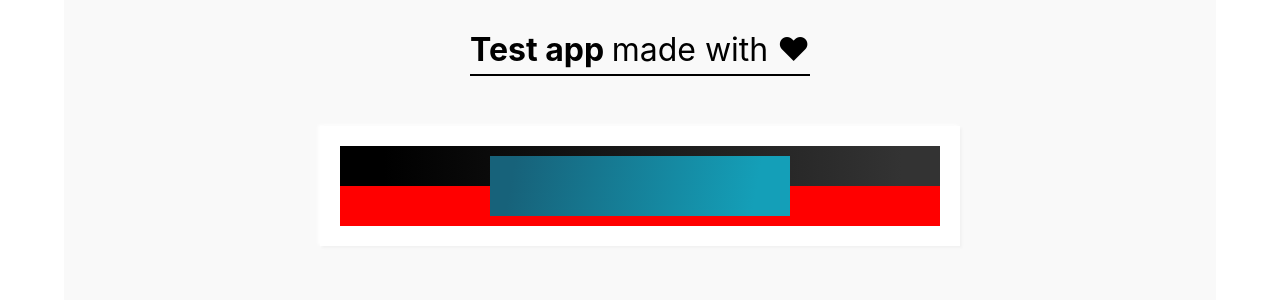
Repository: Khattak01/test-app
Page: /
The author's editor kept a copy of each file at every save. The page is drawn from the files as they stood at one save, then again after the next save.
The browser window is 1280 px wide. The pictures show the whole page.
The project was rebuilt for these pictures with package versions that can differ from the ones it lists, and the page was loaded fresh each time.

Above is the page before, as saved 2021-05-12 08:06:00.

### public/index.html
<!DOCTYPE html>
<html lang="en">
  <head>
    <meta charset="utf-8" />
    <link rel="icon" href="%PUBLIC_URL%/favicon.ico" />
    <meta name="viewport" content="width=device-width, initial-scale=1" />
    <meta name="theme-color" content="#000000" />
    <meta
      name="description"
      content="Web site created using create-react-app"
    />
    <link rel="apple-touch-icon" href="%PUBLIC_URL%/logo192.png" />
    <!--
      manifest.json provides metadata used when your web app is installed on a
      user's mobile device or desktop. See https://developers.google.com/web/fundamentals/web-app-manifest/
    -->
    <link rel="manifest" href="%PUBLIC_URL%/manifest.json" />
    <!--
      Notice the use of %PUBLIC_URL% in the tags above.
      It will be replaced with the URL of the `public` folder during the build.
      Only files inside the `public` folder can be referenced from the HTML.

      Unlike "/favicon.ico" or "favicon.ico", "%PUBLIC_URL%/favicon.ico" will
      work correctly both with client-side routing and a non-root public URL.
      Learn how to configure a non-root public URL by running `npm run build`.
    -->
    <title>Test App</title>
  </head>
  <body>
    <noscript>You need to enable JavaScript to run this app.</noscript>
    <div id="root"></div>
    <!--
      This HTML file is a template.
      If you open it directly in the browser, you will see an empty page.

      You can add webfonts, meta tags, or analytics to this file.
      The build step will place the bundled scripts into the <body> tag.

      To begin the development, run `npm start` or `yarn start`.
      To create a production bundle, use `npm run build` or `yarn build`.
    -->
  </body>
</html>

### src/index.js
import React from 'react';
import ReactDOM from 'react-dom';
import './index.css';
import App from '../src/components/app/App';

ReactDOM.render(
  <React.StrictMode>
      <App />
  </React.StrictMode>,
  document.getElementById('root')
);

### src/index.css
*{
  margin: 0;
  padding: 0;
  box-sizing: border-box;
}
body {
  margin: 0;
  font-family: -apple-system, BlinkMacSystemFont, 'Segoe UI', 'Roboto', 'Oxygen',
    'Ubuntu', 'Cantarell', 'Fira Sans', 'Droid Sans', 'Helvetica Neue',
    sans-serif;
  -webkit-font-smoothing: antialiased;
  -moz-osx-font-smoothing: grayscale;
}

code {
  font-family: source-code-pro, Menlo, Monaco, Consolas, 'Courier New',
    monospace;
}

.container{
  width:90%;
  margin:auto auto;
  background-color: #f9f9f9;
  padding: 10px;
}

### src/components/app/App.js
import React from 'react'
import './App.css'
import Banner from '../banner/Banner'

const App = () => {
    return (
        <div className="app container">
            <h1>Test app <span style={{fontWeight:'lighter'}}> made with </span> &#10084;</h1>
            <Banner />
        </div>
    )
}

export default App

### src/components/app/App.css
.app {
  padding: 30px 0;
  min-height: 100vh;
  text-align: center;
}
.app > h1 {
  display: inline-block;

  text-align: center;
  width: max-content;
  padding-bottom: 5px;
  border-bottom: 2px solid black;
  margin-bottom: 50px;
}

:root {
  --color-primary: linear-gradient(
    100.28537797494744deg,
    rgba(23, 98, 122, 1) 6.8671875%,
    rgba(23, 98, 122, 1) 8.216145833333332%,
    rgba(20, 159, 184, 1) 87.80468749999999%
  );

  --color-dark: linear-gradient(
    89.76211853375082deg,
    rgba(0, 0, 0, 1) 5.893229166666666%,
    rgba(0, 0, 0, 1) 7.356770833333332%,
    rgba(51, 51, 51, 1) 93.70572916666666%
  );

  --color-light: linear-gradient(
    89.76211853375082deg,
    rgba(212, 210, 212, 1) 5.893229166666666%,
    rgba(212, 210, 212, 1) 7.356770833333332%,
    rgba(250, 250, 250, 1) 93.70572916666666%
  );
}

### src/components/banner/Banner.js
import React from 'react'
import classes from './Banner.module.css'

import Box from '../../UI/box/Box'

const Banner = () => {

    return (
        <Box className={classes.banner}>
            {/* <h1>Test App</h1>
            <button className={classes.banner__btn}>Button</button> */}
            <div className={classes.banner__top}></div>
            <div className={classes.banner__center}></div>
            <div className={classes.banner__bottom}></div>
        </Box>
    )
}

export default Banner

### src/components/banner/Banner.module.css
.banner {
  width: 100%;
  max-width: 40rem;
  min-width: 50vh;
  /* border: 1px solid black; */
  margin: auto auto;
  padding: 20px;
  position: relative;
}

.banner__top,.banner__bottom{
  height: 40px;
  width: 100%;
  background-color: red;
}
.banner__top{
  background-image: var(--color-dark);
}
.banner__center{
  position: absolute;
  top: 50%;
  left: 50%;
  transform: translate(-50%,-50%);

  background-image: var(--color-primary);
  width: 300px;
  height:60px
}




.banner__btn {
  margin: auto auto;
  width: 300px !important;
  display: flex;
  justify-content: center;
  align-items: center;
  /* background:#1AAB8A; */

  background-image: var(--color-primary);

  color: #fff;
  border: none;
  position: relative;
  height: 60px;
  font-size: 18px;
  padding: 0 20px;
  cursor: pointer;
  transition: 800ms ease all;
  outline: none;
}
.banner__btn:hover {
  background: #fff;
  color: #1aab8a;
}
.banner__btn:before,
.banner__btn:after {
  content: "";
  position: absolute;
  top: 0;
  right: 0;
  height: 2px;
  width: 0;
  background: #1aab8a;
  transition: 400ms ease all;
}
.banner__btn:after {
  right: inherit;
  top: inherit;
  left: 0;
  bottom: 0;
}
.banner__btn:hover:before,
.banner__btn:hover:after {
  width: 100%;
  transition: 800ms ease all;
}

### src/UI/box/Box.js

import React from 'react'
import classes from './Box.module.css'

const Box = (props) => {
    return (
        <div onClick={props.onClick} className={[classes.box,props.className].join(' ')}>
            {props.children}
        </div>
    )
}

export default Box

### src/UI/box/Box.module.css
.box {
  background-color: #ffffff;
  transition: all 0.25s cubic-bezier(0.86, 1.26, 0.59, 1.03);
  /* min-height: 1rem; */
  /* padding: 1rem; */
  /* border-radius: 1rem; */
  box-shadow: 2px 2px 2px #f2f2f2, -2px -1px 3px #ffffff;
}
.box:hover {
  /* transform: translateZ(0) scale(1.05); */
  backface-visibility: hidden;
}

After the next save:
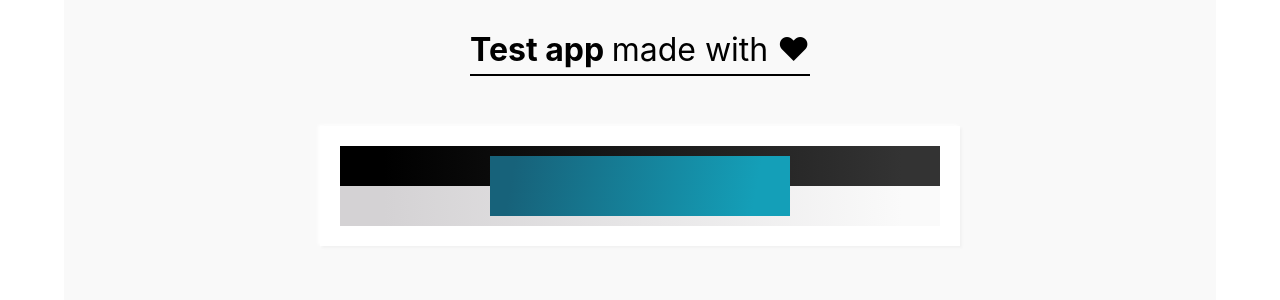
Saved 24 s later.
--- a/src/components/banner/Banner.module.css
+++ b/src/components/banner/Banner.module.css
@@ -26,7 +26,9 @@
   width: 300px;
   height:60px
 }
-
+.banner__bottom{
+  background-image: var(--color-light)
+}
 
 
 
